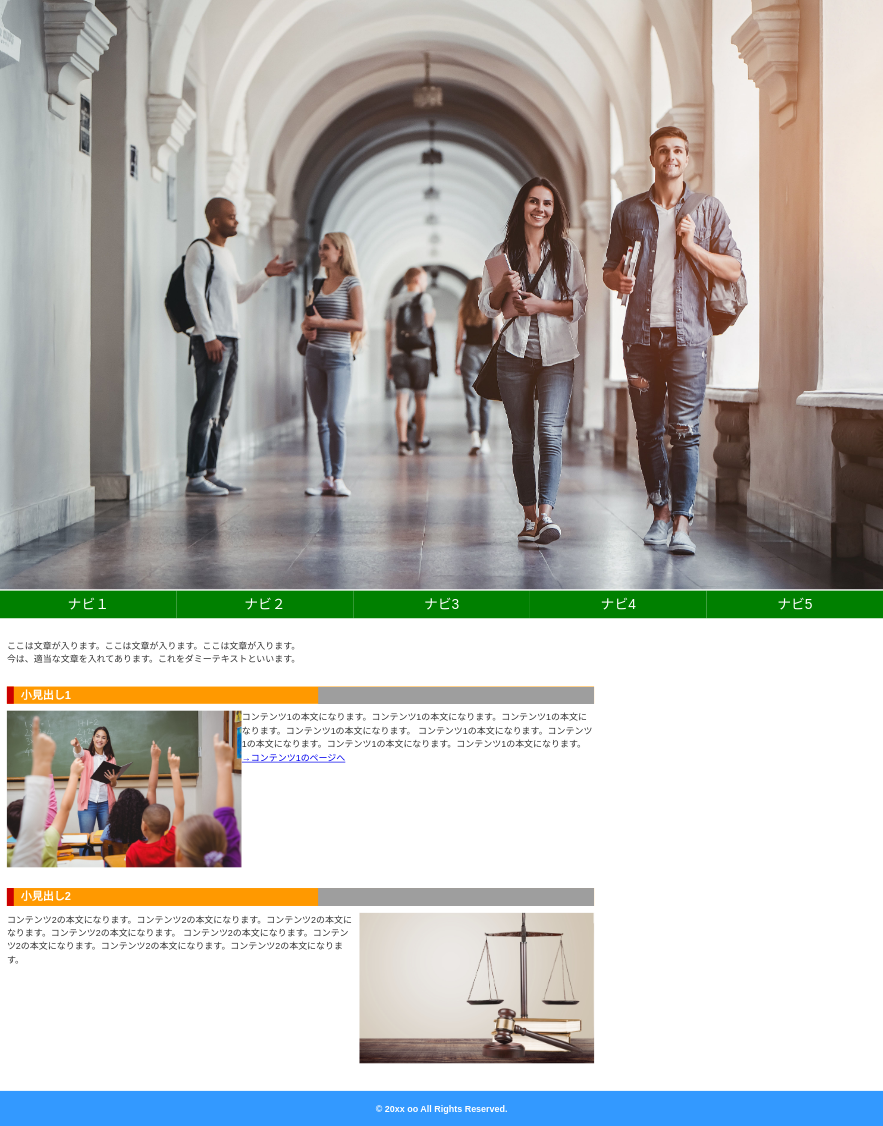
Repository: TomoyaNakajima4140/samurai_HTML-CSS
Page: home.html
The author's editor kept a record of every edit. The page is drawn from the files as they stood at one moment, then again after the next edit.
The browser window is 1280 px wide. The pictures show the whole page, at 69% of full size.
Pictures or frames that could not be fetched are drawn as grey boxes.

Above is the page before.

After the next edit:
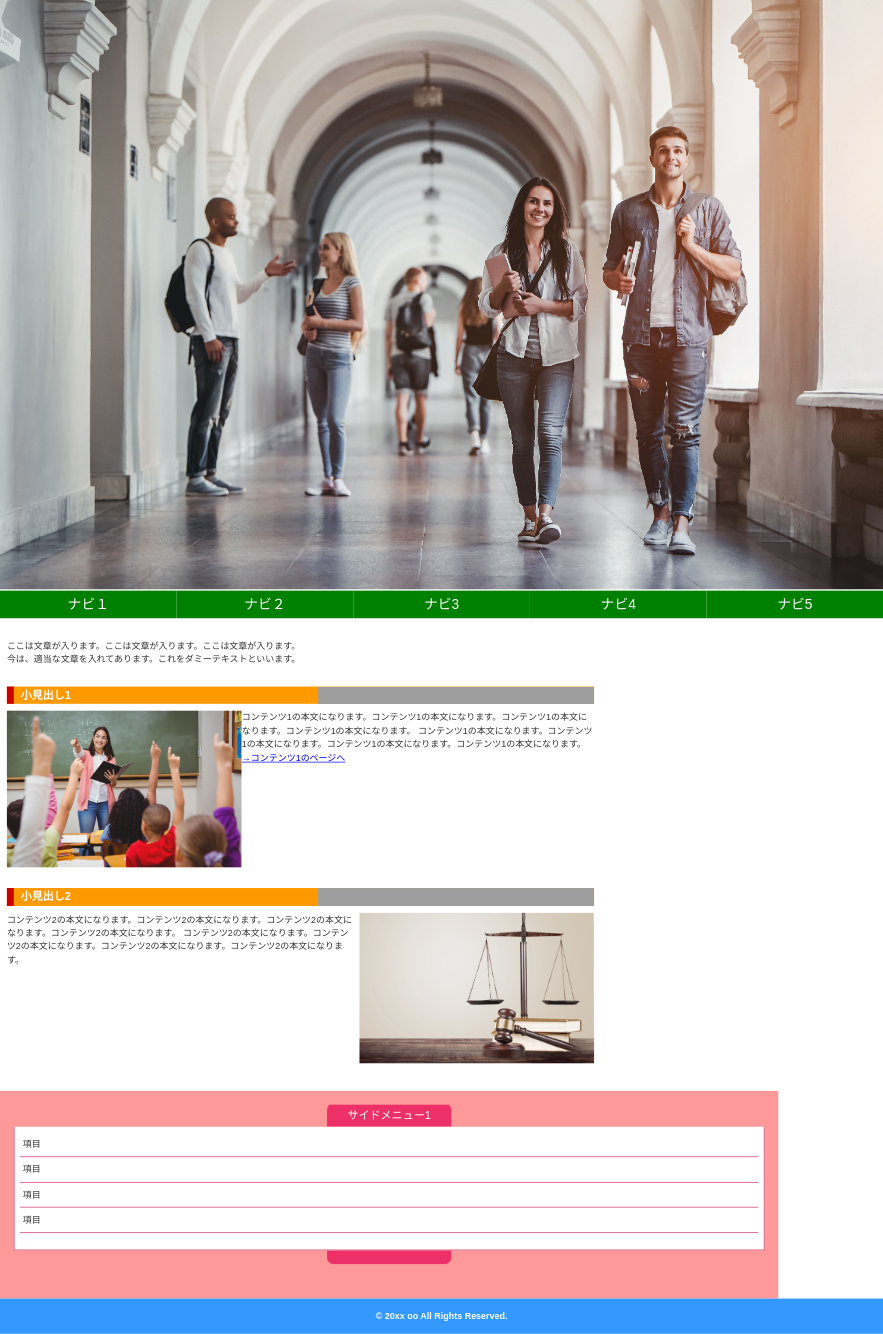
The edit:
--- a/home.html
+++ b/home.html
@@ -43,6 +43,19 @@
                 </div>
             </div>
         </div>
+          <div id="side">
+              <div class="box">
+                  <h2>サイドメニュー1</h2>
+                  <div class="boxBody">
+                      <ul>
+                          <li>項目</li>
+                          <li>項目</li>
+                          <li>項目</li>
+                          <li>項目</li>
+                      </ul>
+                  </div>
+              </div>
+          </div>
     </div>
     <div id="footer">
         <p>&copy; 20xx oo All Rights Reserved.</p>
